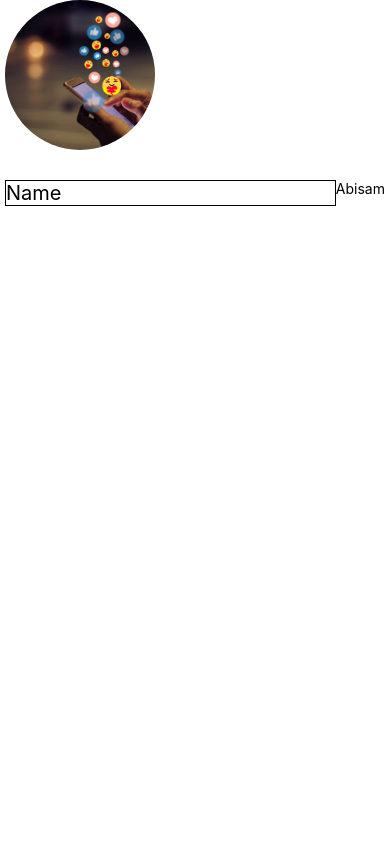
Repository: 2000-Nanayaw/MobileApp
Screen: /
An editor plug-in stored every save of this project. The screen is shown before and after the next save, followed by the edit.
The app was drawn by React Native's web renderer in a window 390 px wide. The project was rebuilt for these pictures with package versions that can differ from the ones it lists, and the page was loaded fresh each time.

Above is the screen before, as saved 2023-08-28 04:29:15.

After the next save:
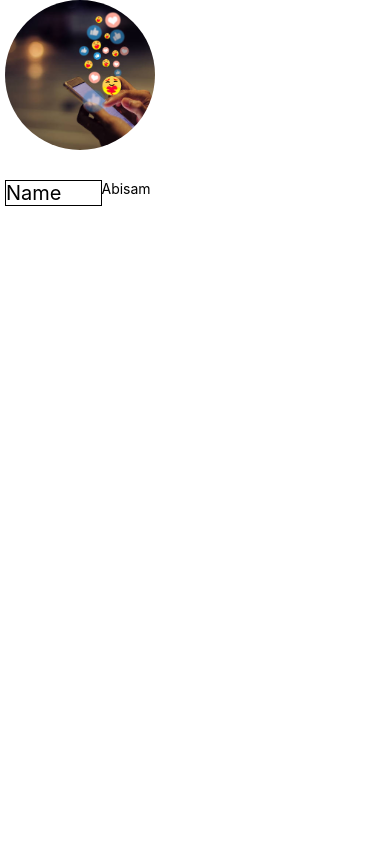
Saved 30 s later.
--- a/App.js
+++ b/App.js
@@ -42,7 +42,7 @@ function jsar() {
       <Image source={require("./assets/profile.jpg")} style={styles.image}/>
       <View style={styles.detailContainer}>
         <Text style={styles.label}>Name</Text>
-        <Text>Abisam</Text>
+        <Text style={styles.info}>Abisam</Text>
       </View>
     </View>
   );
@@ -68,7 +68,7 @@ label:{
   flex: 2.5,
 },
 info:{
-  flex: 7,
+  flex: 7.5,
 }
 });
 export default jsar;
